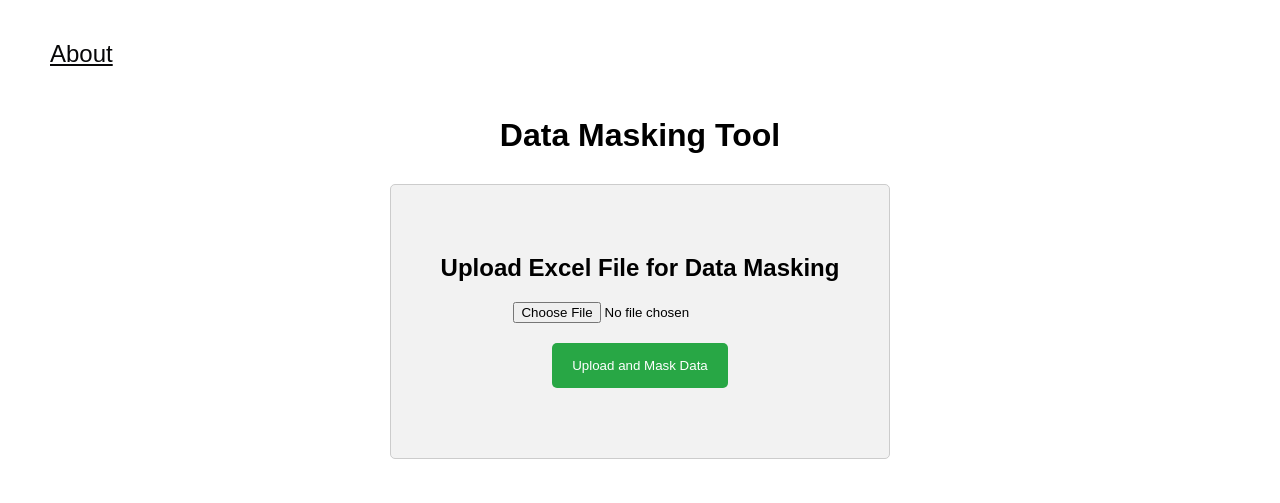
Repository: prithika12/DataMasking_Tool
Page: index.html
These files come from the project's save history. The page is drawn as it stood at one moment and after the next save; the edit follows.
The browser window is 1280 px wide. The pictures show the whole page.

Above is the page before, as saved 2024-07-09 11:55:24.

### index.html
<!DOCTYPE html>
<html>
<head>
    <title>Data Masking Tool</title>
    <style>
        body {
            font-family: Arial, sans-serif;
            margin: 0px;
            padding: 0;
            display: flex;
            flex-direction: column; /* Align items in a column */
            justify-content: center; /* Center vertically */
            align-items: center; /* Center horizontally */
            height: 80vh; /* Full viewport height */
        }
        .container {
            max-width: 600px;
            padding: 50px;
            background-color: #f2f2f2;
            border: 1px solid #ccc;
            border-radius: 5px;
            text-align: center; /* Center text inside container */
        }
        h1 {
            text-align: center; /* Center text */
            margin-top: 0; /* Remove default margin */
            margin-bottom: 30px;
        }
        h2 {
            text-align: center;
        }
        input[type="file"] {
            display: block;
            margin: 20px auto;
        }
        button {
            display: block;
            margin: 20px auto;
            margin-top: 10px;
            padding: 15px 20px;
            background-color: #28a745;
            color: white;
            border: none;
            border-radius: 5px;
            cursor: pointer;
        }
        button:hover {
            background-color: #218838;
        }
        .about-link {
            position: absolute;
            top: 20px;
            left: 20px;
            padding: 20px 30px;
        }
        .about-link a {
            color: #070708;
            font-size: x-large;
            text-decoration: underline;
        }
        .about-link a:hover {
            text-decoration: underline;
        }
    </style>
</head>
<body>
    <h1>Data Masking Tool</h1>
    <div class="container">
        <h2>Upload Excel File for Data Masking</h2>
        <form action="/uploader" method="post" enctype="multipart/form-data">
            <input type="file" name="file" accept=".xlsx">
            <button type="submit">Upload and Mask Data</button>
        </form>
    </div>
    <div class="about-link">
        <a href="https://github.com/prithika12/DataMasking_Tool/blob/main/README.md" target="_blank">About</a>
    </div>
</body>
</html>

After the next save:
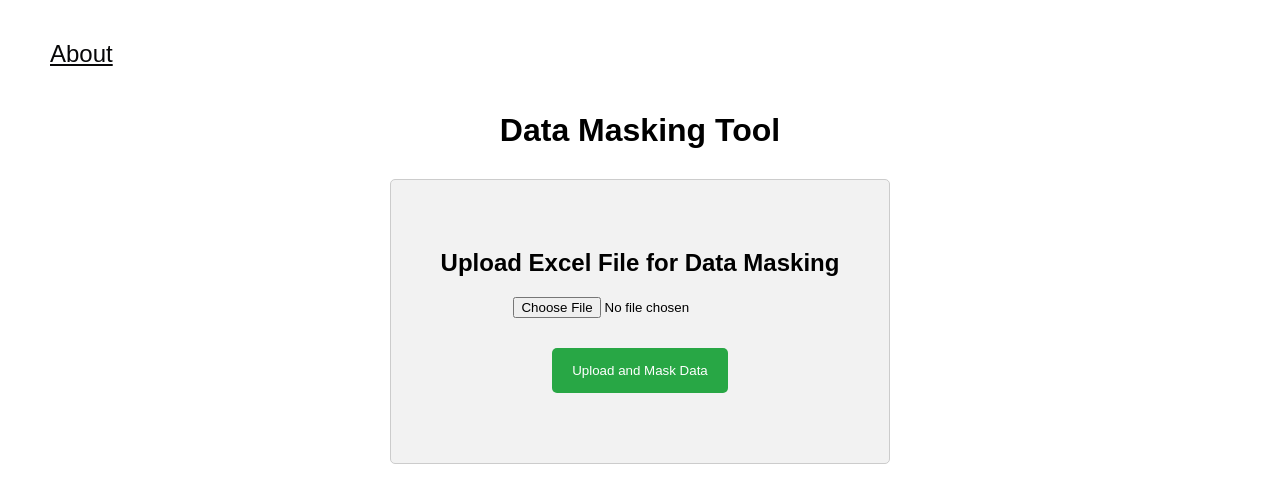
Saved 9 s later.
--- a/index.html
+++ b/index.html
@@ -36,7 +36,7 @@
         button {
             display: block;
             margin: 20px auto;
-            margin-top: 10px;
+            margin-top: 30px;
             padding: 15px 20px;
             background-color: #28a745;
             color: white;
